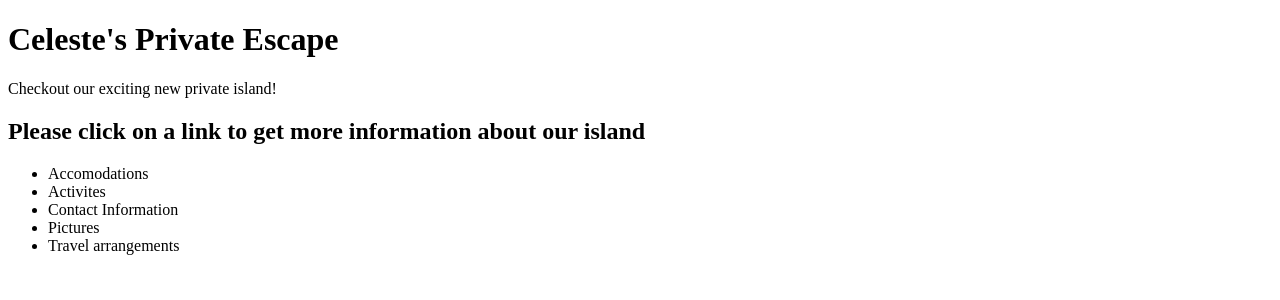
Repository: fieldceleste/island-resort
Page: island-resort.html
These files come from the project's save history. The page is drawn as it stood at one moment and after the next save; the edit follows.
The browser window is 1280 px wide. The pictures show the whole page.

Above is the page before, as saved 2019-10-27 16:22:06.

After the next save:
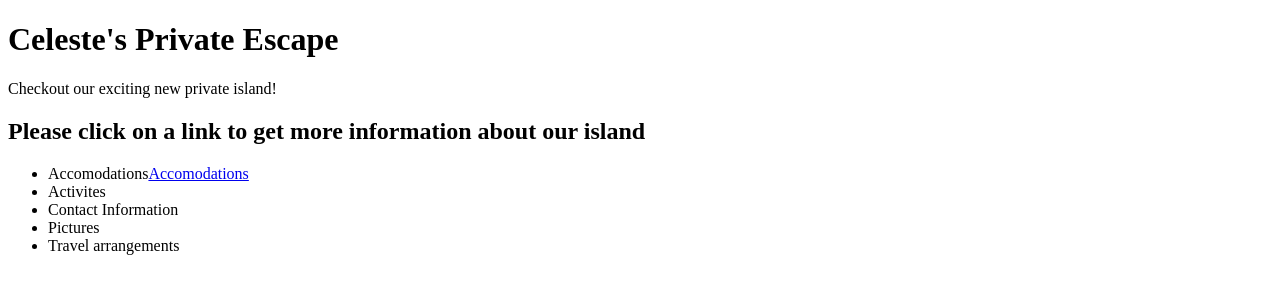
Saved 3 min 38 s later.
--- a/island-resort.html
+++ b/island-resort.html
@@ -9,7 +9,7 @@
 <h2>Please click on a link to get more information about our island</h2>
 <p>
 <ul>
-  <li>Accomodations</li>
+  <li>Accomodations<a href="file:///Users/apple/Desktop/island-resort/activites.html">Accomodations</a></li>
   <li>Activites</li>
   <li>Contact Information</li>
   <li>Pictures</li>
